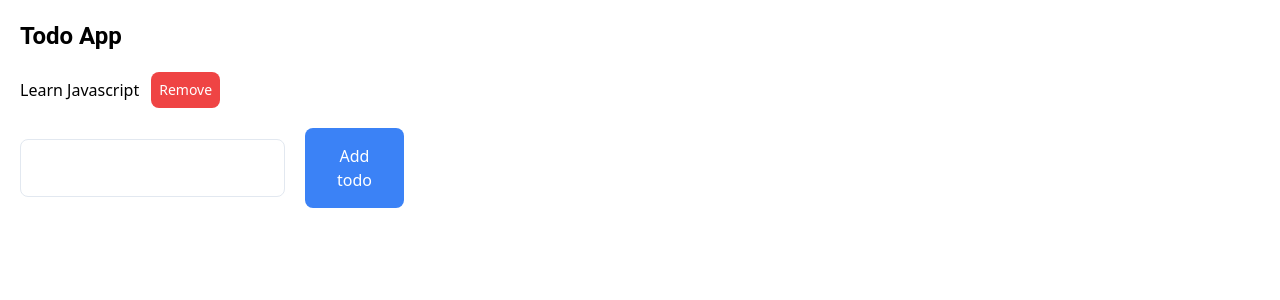
Repository: vophuocthanh/react-typescript
Page: /
The author's editor kept a copy of each file at every save. The page is drawn from the files as they stood at one save, then again after the next save.
The browser window is 1280 px wide. The pictures show the whole page.
The project was rebuilt for these pictures with package versions that can differ from the ones it lists, and the page was loaded fresh each time. Also part of the build but not shown: vite.config.ts.

Above is the page before, as saved 2023-04-04 23:57:55.

After the next save:
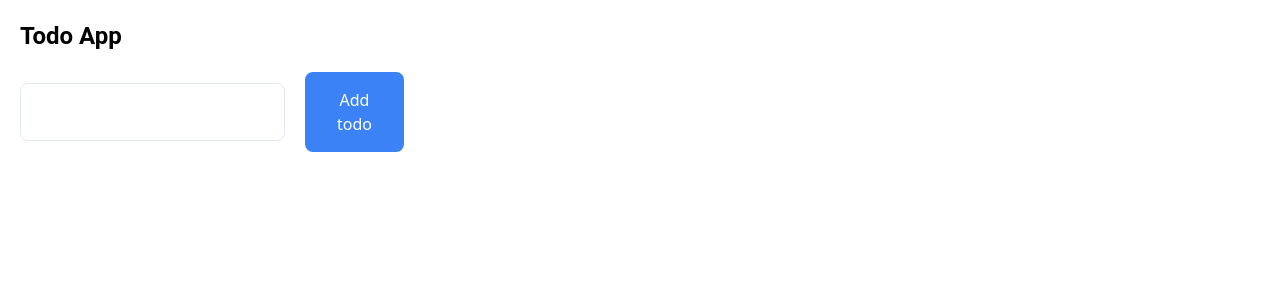
Saved 85 s later.
--- a/src/App.tsx
+++ b/src/App.tsx
@@ -33,12 +33,14 @@ const App = () => {
       <Heading title="Todo App"></Heading>
       <div className="max-w-sm">
         <div className="mb-5">
-          <div className="flex items-center gap-x-3">
-            <span>Learn Javascript</span>
-            <button className="p-2 rounded-lg bg-red-500 text-white font-medium text-sm">
-              Remove
-            </button>
-          </div>
+          {todos.map((todo) => (
+            <div className="flex items-center gap-x-3">
+              <span>Learn Javascript</span>
+              <button className="p-2 rounded-lg bg-red-500 text-white font-medium text-sm">
+                Remove
+              </button>
+            </div>
+          ))}
         </div>
         <div className="flex items-center gap-x-5">
           <input
